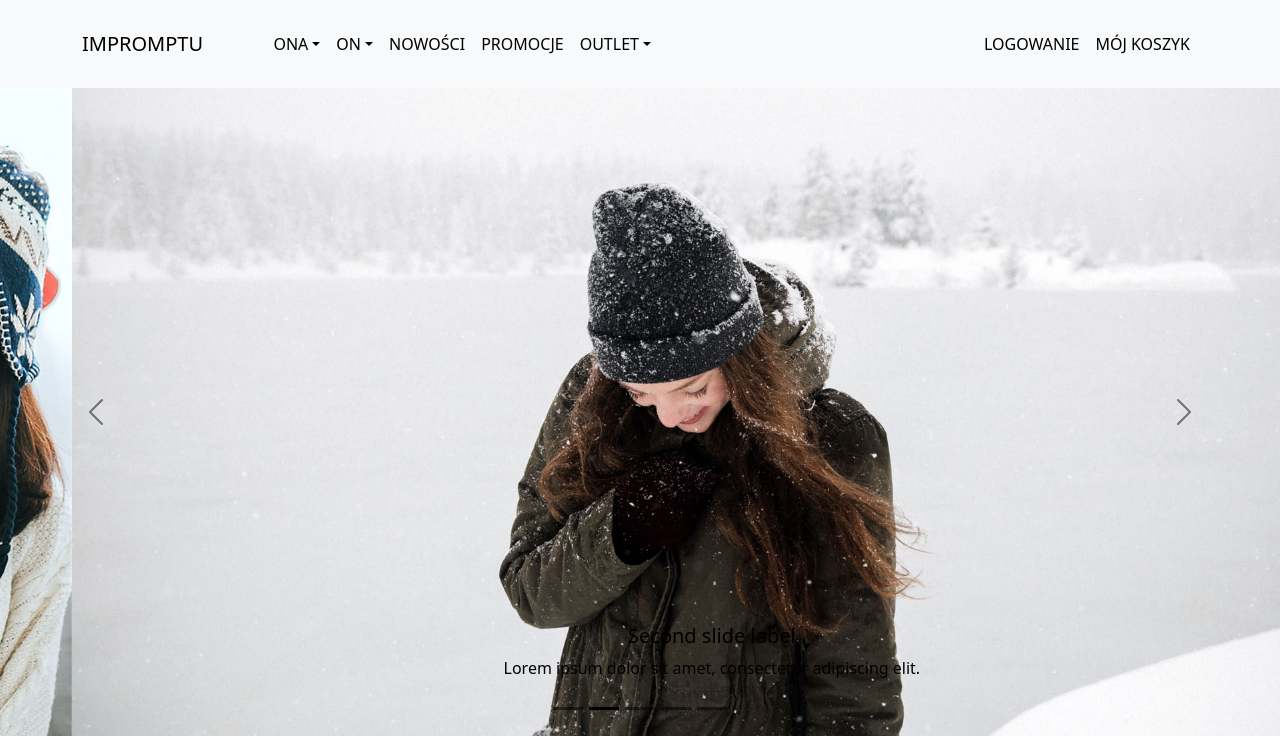
Repository: michalgornicki/Impromptu
Page: /
An editor plug-in stored every save of this project. The page is shown before and after a run of saves, followed by the edit.
The browser window is 1280 px wide. The pictures show the whole page.
The project was rebuilt for these pictures with package versions that can differ from the ones it lists, and the page was loaded fresh each time.

Above is the page before, as saved 2021-12-23 12:57:56.

### src/App.jsx
import React from "react";
import "./App.css";
import "bootstrap/dist/css/bootstrap.min.css";
import Container from "react-bootstrap/Container";
import Navbar from "react-bootstrap/Navbar";
import Nav from "react-bootstrap/Nav";
import NavDropdown from "react-bootstrap/NavDropdown";
import Carousel from "react-bootstrap/Carousel";
import photo1 from "./1.jpg";
import photo2 from "./2.jpg";
import photo3 from "./3.jpg";
import photo4 from "./4.jpg";
import photo5 from "./5.jpg";

function App() {
  return (
    <p>
      <Navbar
        collapseOnSelect
        expand="lg"
        bg="light"
        variant="light"
        className="py-4 display-7 text-dark"
      >
        <Container>
          <Navbar.Brand href="#home" className="w-15">IMPROMPTU</Navbar.Brand>
          <Navbar.Toggle aria-controls="responsive-navbar-nav" />
          <Navbar.Collapse id="responsive-navbar-nav">
            <Nav className="me-auto">
              <NavDropdown title="ONA" id="collasible-nav-dropdown">
                <NavDropdown.Item href="#action/3.1">Action</NavDropdown.Item>
                <NavDropdown.Item href="#action/3.2">
                  Another action
                </NavDropdown.Item>
                <NavDropdown.Item href="#action/3.3">
                  Something
                </NavDropdown.Item>
                <NavDropdown.Divider />
                <NavDropdown.Item href="#action/3.4">
                  Separated link
                </NavDropdown.Item>
              </NavDropdown>
              <NavDropdown title="ON" id="collasible-nav-dropdown">
                <NavDropdown.Item href="#action/3.1">Action</NavDropdown.Item>
                <NavDropdown.Item href="#action/3.2">
                  Another action
                </NavDropdown.Item>
                <NavDropdown.Item href="#action/3.3">
                  Something
                </NavDropdown.Item>
                <NavDropdown.Divider />
                <NavDropdown.Item href="#action/3.4">
                  Separated link
                </NavDropdown.Item>
              </NavDropdown>
              <Nav.Link href="#pricing">NOWOŚCI</Nav.Link>
              <Nav.Link href="#pricing">PROMOCJE</Nav.Link>
              <NavDropdown title="OUTLET" id="collasible-nav-dropdown">
                <NavDropdown.Item href="#action/3.1">Action</NavDropdown.Item>
                <NavDropdown.Item href="#action/3.2">
                  Another action
                </NavDropdown.Item>
                <NavDropdown.Item href="#action/3.3">
                  Something
                </NavDropdown.Item>
                <NavDropdown.Divider />
                <NavDropdown.Item href="#action/3.4">
                  Separated link
                </NavDropdown.Item>
              </NavDropdown>
            </Nav>
            <Nav>
              <Nav.Link href="#deets">LOGOWANIE</Nav.Link>
              <Nav.Link href="#memes">MÓJ KOSZYK</Nav.Link>
            </Nav>
          </Navbar.Collapse>
        </Container>
      </Navbar>

      <Carousel variant="dark">
  <Carousel.Item>
    <img
      className="d-block w-100"
      src={photo1}
      alt="First slide"
    />
    <Carousel.Caption>
      <h5>First slide label</h5>
      <p>Nulla vitae elit libero, a pharetra augue mollis interdum.</p>
    </Carousel.Caption>
  </Carousel.Item>
  <Carousel.Item>
    <img
      className="d-block w-100"
      src={photo2}
      alt="Second slide"
    />
    <Carousel.Caption>
      <h5>Second slide label</h5>
      <p>Lorem ipsum dolor sit amet, consectetur adipiscing elit.</p>
    </Carousel.Caption>
  </Carousel.Item>
  <Carousel.Item>
    <img
      className="d-block w-100"
      src={photo3}
      alt="Third slide"
    />
    <Carousel.Caption>
      <h5>Third slide label</h5>
      <p>Praesent commodo cursus magna, vel scelerisque nisl consectetur.</p>
    </Carousel.Caption>
  </Carousel.Item>
  <Carousel.Item>
    <img
      className="d-block w-100"
      src={photo4}
      alt="Third slide"
    />
    <Carousel.Caption>
      <h5>Third slide label</h5>
      <p>Praesent commodo cursus magna, vel scelerisque nisl consectetur.</p>
    </Carousel.Caption>
  </Carousel.Item>
  <Carousel.Item>
    <img
      className="d-block w-100"
      src={photo5}
      alt="Third slide"
    />
    <Carousel.Caption>
      <h5>Third slide label</h5>
      <p>Praesent commodo cursus magna, vel scelerisque nisl consectetur.</p>
    </Carousel.Caption>
  </Carousel.Item>
</Carousel>



    </p>
  );
}

export default App;

### src/App.css
.w-15{
    width: 15%!important;
}

.display-7{
    font-size: 1rem;
}

.nav-link {
    color: black!important;
}

.carousel img {
    height: 90vh;
    object-fit: cover;
}

Loaded but not shown: public/index.html (common file); src/index.js (common file); src/index.css (common file); src/reportWebVitals.js (common file)

After the next 3 saves:
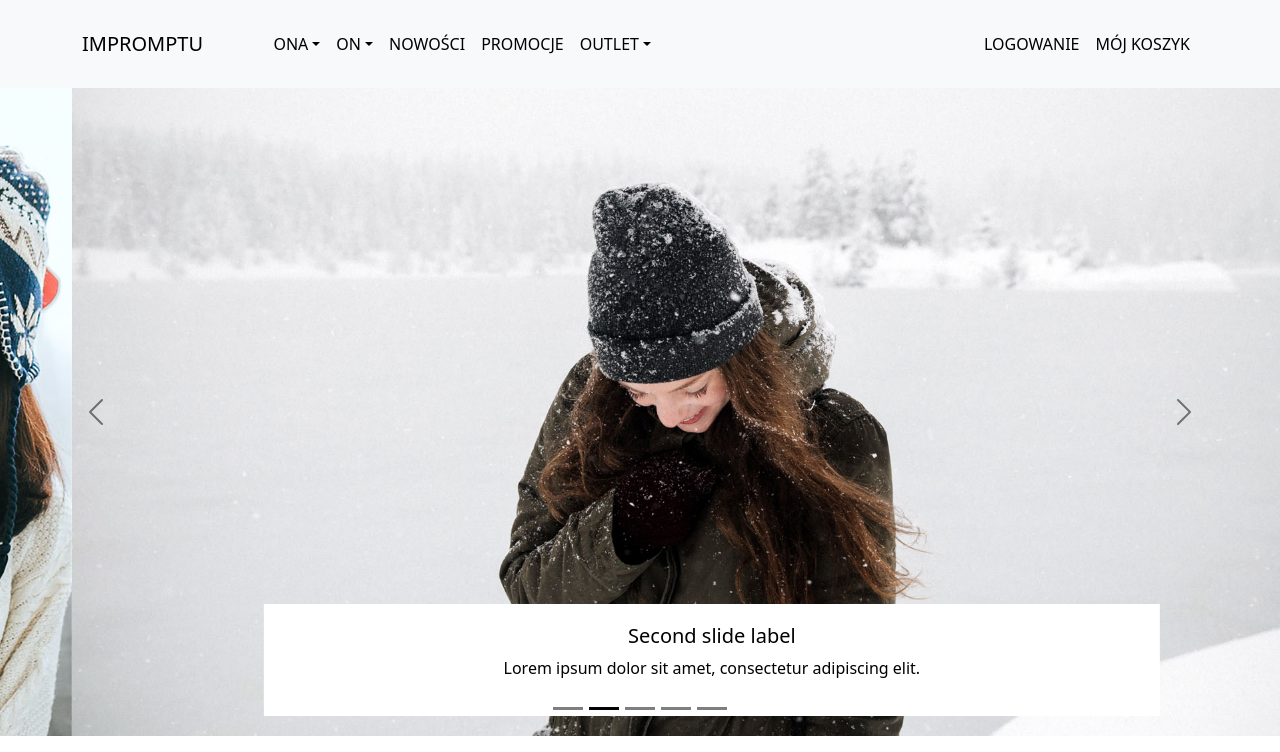
The 3 saves are shown as one change because they came seconds apart.
The last was saved 9 s later.
--- a/src/App.css
+++ b/src/App.css
@@ -14,3 +14,7 @@
     height: 90vh;
     object-fit: cover;
 }
+
+.carousel-caption{
+    background-color: white;
+}
